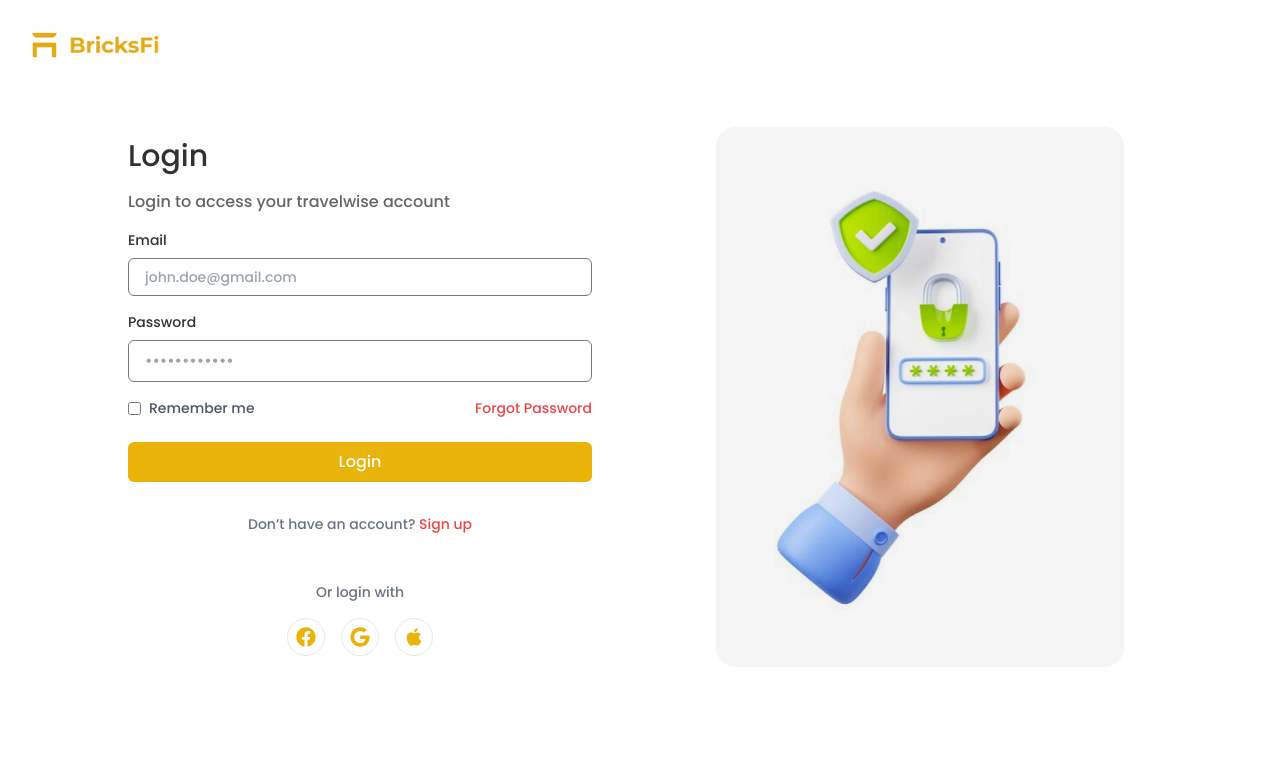
Repository: AyomideAkintade/BricksFi-Frontend
Page: /login (app in client/)
The author's editor kept a copy of each file at every save. The page is drawn from the files as they stood at one save, then again after the next save.
The browser window is 1280 px wide. The pictures show the whole page.
The project was rebuilt for these pictures with package versions that can differ from the ones it lists, and the page was loaded fresh each time. Also part of the build but not shown: client/src/components/navbar.jsx, client/src/components/home.jsx, client/src/components/homeSecond.jsx, client/src/components/homeThird.jsx, client/src/components/homeFifth.jsx, client/src/components/homeSixth.jsx, client/src/components/homeSeventh.jsx, client/src/components/signup.jsx and 14 more.

Above is the page before, as saved 2024-10-04 22:02:11.

### client/src/index.css
@import "tailwindcss/base";
@import "tailwindcss/components";
@import "tailwindcss/utilities";


@font-face {
  font-family: Poppins;
  src: url(/src/assets/fonts/Poppins-Regular.ttf) format("truetype");
  src: url(/src/assets/fonts/Poppins-Bold.ttf) format("truetype");
  src: url(/src/assets/fonts/Poppins-Medium.ttf) format("truetype");

}

### client/src/App.js
import { BrowserRouter as Router, Route, Routes } from "react-router-dom";
import Home from "./pages/homePage";
import HomeFourth from "./components/login.jsx";
import HomeEight from "./components/signup.jsx";
import ForgotPasswordPage from "./components/forgotPassword.jsx";
import DashboardLayout from "./pages/dashboardLayout";
import DashboardPage from "./pages/dashboard.jsx";
import PieAnalytics from "./components/analytics.jsx";
import Discover from "./components/discover.jsx";
import SavedPropertyPage from "./components/savedProperties.jsx";
// import DiscoverPage from "./pages/discover.jsx";
// import SavedPropertyPage from "./pages/savedProperty.jsx";

function App() {
  return (
    <Router>
      <Routes>
        {/* Public Routes */}
        <Route path="/" element={<Home />} />
        <Route path="/login" element={<HomeFourth />} />
        <Route path="/signup" element={<HomeEight />} />
        <Route path="/forgot-password" element={<ForgotPasswordPage />} />

        {/* Dashboard Routes with Sidebar and Header */}
        <Route path="/dashboard" element={<DashboardLayout />}>
          <Route index element={<DashboardPage />} />
          <Route path="discover" element={<Discover/>} />
          <Route path="saved-property" element={<SavedPropertyPage/>} />
          <Route path="analytics" element={<PieAnalytics />} />
        </Route>
      </Routes>
    </Router>
  );
}

export default App;

### client/src/components/login.jsx
import React from "react";
import { FaFacebook, FaGoogle, FaApple } from "react-icons/fa";
import BricksFi from '../assets/bricksfi.png'
import LoginImage from './../assets/login-image.webp';
import { useNavigate } from "react-router-dom";

const LoginPage = () => {
  const navigate = useNavigate(); // Initialize the useNavigate hook

  const handleSignUpClick = () => {
    navigate("/signup");
  };
  const handleLoginClick = () => {
    navigate("/dashboard");
  };
  const forgotPassword = () => {
    navigate("/forgot-password");
  };
  return (
    <div className="min-h-screen bg-white font-Poppins">
      <div className="bg-white rounded-lg w-full flex md:flex-row">
        {/* Left side: Form section */}
        <div className="w-full p-8">
          <div className="">
            <img
              src={ BricksFi}
              alt="BricksFi Logo"
              className="w-32 mr-2"
            />
            {/* <h1 className="text-2xl font-bold text-yellow-500">BricksFi</h1> */}
          </div>

          <div className="flex p-12 w-full items-center">

          <div className="w-1/2 px-12 py-8 flex flex-col gap-4 text-[#313131]">
            <div className="text-3xl font-regular">Login</div>
            <div className="text-[#313131] text-base opacity-75">Login to access your travelwise account</div>

            <form>
              <div className="mb-4">
                <label className="block text-sm font-medium mb-2">Email</label>
                <input
                  type="email"
                  placeholder="john.doe@gmail.com"
                  className="w-full px-4 py-2 border-[1px] text-sm rounded-md outline-none border-[#79747E]"
                />
              </div>
              <div className="mb-4">
                <label className="block text-sm mb-2">Password</label>
                <input
                  type="password"
                  placeholder="••••••••••••"
                  className="w-full px-4 py-2 border-[1px] rounded-md outline-none border-[#79747E]"
                />
              </div>

              <div className="flex items-center justify-between mb-6">
                <label className="flex items-center">
                  <input
                    type="checkbox"
                    className="form-checkbox text-yellow-500"
                  />
                  <span className="ml-2 text-sm text-gray-600">Remember me</span>
                </label>
                <a onClick={forgotPassword} href="#" className="text-sm text-red-500 hover:underline">
                  Forgot Password
                </a>
              </div>

              <button  onClick={handleLoginClick} className="w-full bg-yellow-500 text-white py-2 rounded-md hover:bg-yellow-600 transition duration-200">
                Login
              </button>
            </form>


            <div className="mt-4 text-center">
              <p className="text-sm text-gray-500">
                Don’t have an account?{" "}
                <a onClick={handleSignUpClick} href="#" className="text-red-500 hover:underline">
                  Sign up
                </a>
              </p>
            </div>


            <div className="mt-8 text-center">
              <p className="text-sm text-gray-500 mb-4">Or login with</p>
              <div className="flex justify-center space-x-4">
                <button className="p-2 border rounded-full text-yellow-500 hover:bg-gray-100 transition duration-200">
                  <FaFacebook size={20} />
                </button>
                <button className="p-2 border rounded-full text-yellow-500 hover:bg-gray-100 transition duration-200">
                  <FaGoogle size={20} />
                </button>
                <button className="p-2 border rounded-full text-yellow-500 hover:bg-gray-100 transition duration-200">
                  <FaApple size={20} />
                </button>
              </div>
            </div>
          </div>

                  {/* Right side: Image section */}
          <div className="w-1/2 p-2 flex justify-center">
            <img
              src={LoginImage}
              alt="Secure Login Illustration"
              className="w-3/4"
            />
          </div>

          </div>

          </div>


      </div>
    </div>
  );
};

export default LoginPage;

### client/tailwind.config.js
/** @type {import('tailwindcss').Config} */
module.exports = {
  content: ["./src/**/*.{html,js,jsx}"],
  theme: {
    extend: {
      fontFamily: {
        Poppins: ['Poppins'],
      }
    },
    screens: {
      sm: '640px',
      // => @media (min-width: 640px) { ... }

      md: '768px',
      // => @media (min-width: 768px) { ... }

      lg: '1024px',
      // => @media (min-width: 1024px) { ... }

      xl: '1280px',
      // => @media (min-width: 1280px) { ... }

      '2xl': '1536px',
      // => @media (min-width: 1536px) { ... }
      'custombp': {'raw': '(min-height: 375px),(min-width:768px)'}
    },
  },
  plugins: [],
}

Loaded but not shown: client/public/index.html (common file); client/src/index.js (common file); client/src/reportWebVitals.js (common file)

After the next save:
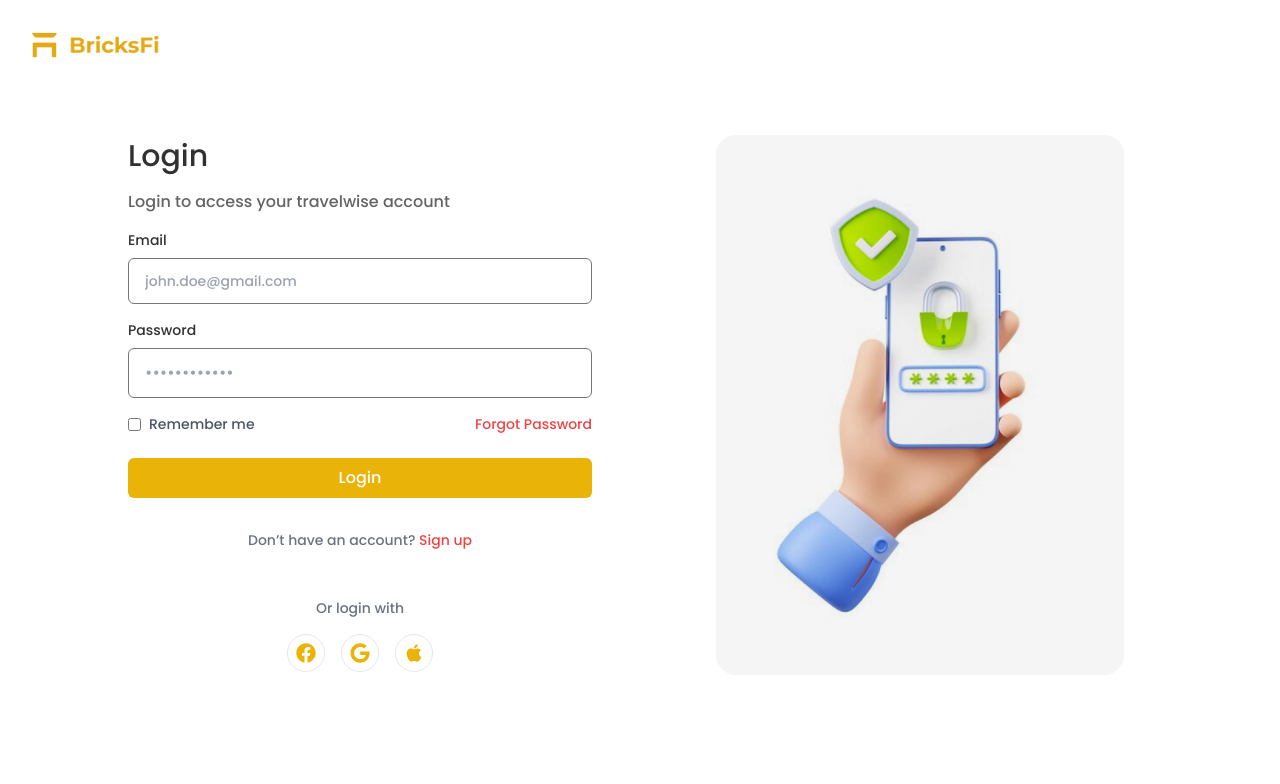
Saved 20 s later.
--- a/client/src/components/login.jsx
+++ b/client/src/components/login.jsx
@@ -42,7 +42,7 @@ const LoginPage = () => {
                 <input
                   type="email"
                   placeholder="john.doe@gmail.com"
-                  className="w-full px-4 py-2 border-[1px] text-sm rounded-md outline-none border-[#79747E]"
+                  className="w-full px-4 py-3 border-[1px] text-sm rounded-md outline-none border-[#79747E]"
                 />
               </div>
               <div className="mb-4">
@@ -50,7 +50,7 @@ const LoginPage = () => {
                 <input
                   type="password"
                   placeholder="••••••••••••"
-                  className="w-full px-4 py-2 border-[1px] rounded-md outline-none border-[#79747E]"
+                  className="w-full px-4 py-3 border-[1px] rounded-md outline-none border-[#79747E]"
                 />
               </div>
 
